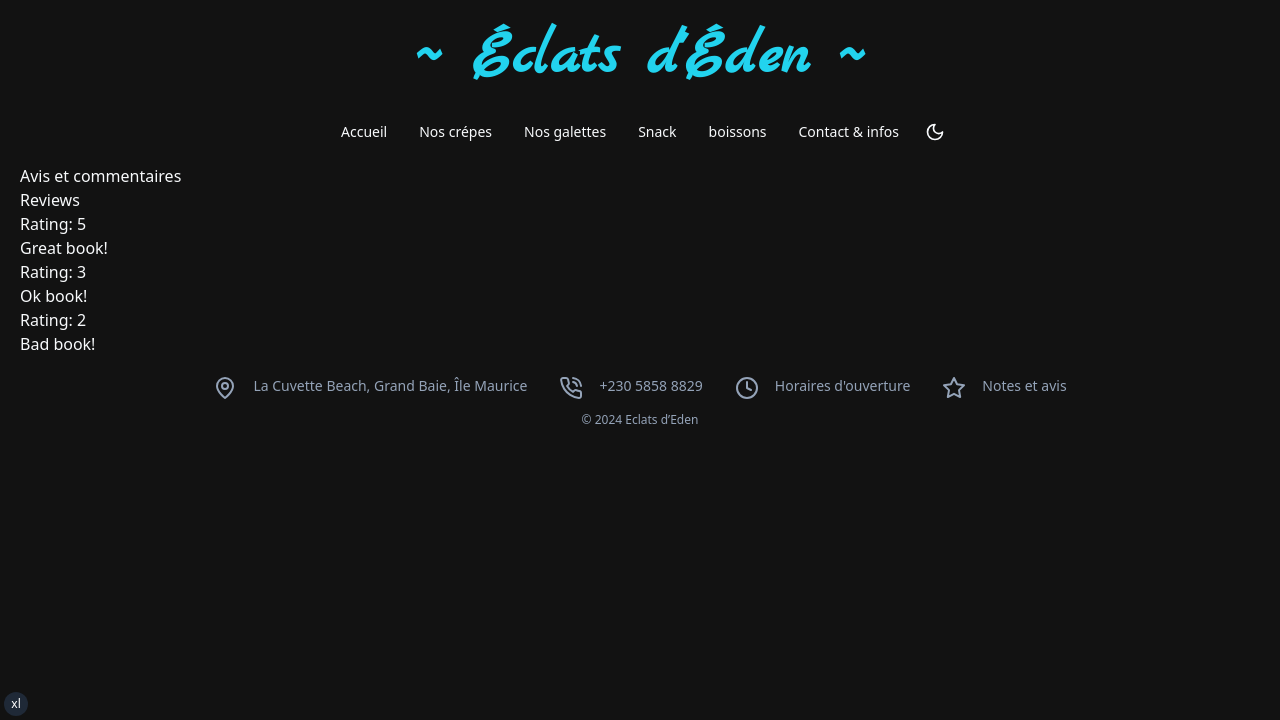
Repository: jeffMauritius/eclats-deden
Page: /reviews
The author's editor kept a copy of each file at every save. The page is drawn from the files as they stood at one save, then again after the next save.
The browser window is 1280 px wide. The pictures show the whole page.
The project was rebuilt for these pictures with package versions that can differ from the ones it lists, and the page was loaded fresh each time. The framework's server and built-in components were replaced by stand-ins that run in the browser. Also part of the build but not shown: next.config.mjs.

Above is the page before, as saved 2024-08-13 12:25:43.

### app/layout.tsx
// app/layout.
import { Header } from "@/components/layout/Header"
import { TailwindIndicator } from "@/components/TailwindIndicator"
import { SiteConfig } from "@/lib/config"
import { cn } from "@/lib/utils"
import type { Metadata } from "next"
import { Inter, Marck_Script } from "next/font/google"
import { PropsWithChildren } from "react"
import { Providers } from "./Providers"
import "./globals.css"
import { Title } from "@/components/layout/Title"
import { Footer } from "@/components/layout/Footer"

const fontSans = Inter({ subsets: ["latin"], variable: "--font-sans" })
const fontDisplay = Marck_Script({
  subsets: ["latin"],
  variable: "--font-display",
  weight: "400",
})

export const metadata: Metadata = {
  title: SiteConfig.title,
  description: SiteConfig.description,
}

export default function RootLayout({ children }: PropsWithChildren) {
  return (
    <html lang="en" className="h-full" suppressHydrationWarning>
      <head />
      <body
        className={cn(
          `flex flex-col h-screen bg-background font-sans antialiased p-5`,
          fontSans.variable,
          fontDisplay.variable,
        )}
      >
        <Providers>
          <div className="relative flex flex-col">
            <Title title="Éclats d'Éden" />
            <div>
              <Header />
            </div>
            {children}
            <div className="mt-5 md:col-span-3">
              <Footer />
            </div>
          </div>
          <TailwindIndicator />
        </Providers>
      </body>
    </html>
  )
}

### app/reviews/page.tsx
import ReviewsList from "@/components/ReviewsList"

const ReviewsPage = () => {
  return (
    <div>
      <h1>Avis et commentaires</h1>
      <ReviewsList />
    </div>
  )
}

export default ReviewsPage

### src/components/layout/Header.tsx
"use client"

import { ThemeToggle } from "../ThemeToggle"
import NavigationMenuComponent from "./NavigationMenu"

export function Header() {
  return (
    <header className=" z-30 w-full">
      <div className=" container flex  flex-col  items-center space-x-4 pt-3 sm:justify-between sm:space-x-0">
        <div className="flex flex-auto justify-center py-3">
          <NavigationMenuComponent />
          <ThemeToggle />
        </div>
      </div>
    </header>
  )
}

### src/lib/config.ts
export const SiteConfig = {
  title: "Camille snack",
  description: "La Cuvette Beach, Grand Baie, Île Maurice",
} as const

### app/Providers.tsx
"use client"

import { SessionProvider } from "next-auth/react"
import { ThemeProvider } from "next-themes"
import { PropsWithChildren } from "react"
import { Toaster } from "react-hot-toast"

export const Providers = ({ children }: PropsWithChildren) => {
  return (
    <>
      <ThemeProvider attribute="class" defaultTheme="dark" enableSystem>
        <Toaster />
        <SessionProvider>{children}</SessionProvider>
      </ThemeProvider>
    </>
  )
}

### app/globals.css
@tailwind base;
  @tailwind components;
  @tailwind utilities;

  @layer base {
    :root {
      --background: 0 0% 100%;
      --foreground: 222.2 84% 4.9%;

      --card: 0 0% 100%;
      --card-foreground: 222.2 84% 4.9%;

      --popover: 0 0% 100%;
      --popover-foreground: 222.2 84% 4.9%;

      --primary: 222.2 47.4% 11.2%;
      --primary-foreground: 210 40% 98%;

      --secondary: 210 40% 96.1%;
      --secondary-foreground: 222.2 47.4% 11.2%;

      --muted: 210 40% 96.1%;
      --muted-foreground: 215.4 16.3% 46.9%;

      --accent: 210 40% 96.1%;
      --accent-foreground: 222.2 47.4% 11.2%;

      --destructive: 0 84.2% 60.2%;
      --destructive-foreground: 210 40% 98%;

      --border: 214.3 31.8% 91.4%;
      --input: 214.3 31.8% 91.4%;
      --ring: 222.2 84% 4.9%;

      --radius: 0.5rem;
    }

    .dark {
      --background: rgb(10, 11, 10);
      --foreground: 210 40% 98%;

      --card: rgb(10, 11, 10);
      --card-foreground: 210 40% 98%;

      --popover: 222.2 84% 4.9%;
      --popover-foreground: 210 40% 98%;

      --primary: 210 40% 98%;
      --primary-foreground: 222.2 47.4% 11.2%;

      --secondary: 217.2 32.6% 17.5%;
      --secondary-foreground: 210 40% 98%;

      --muted: 217.2 32.6% 17.5%;
      --muted-foreground: 215 20.2% 65.1%;

      --accent: 217.2 32.6% 17.5%;
      --accent-foreground: 210 40% 98%;

      --destructive: 0 62.8% 30.6%;
      --destructive-foreground: 210 40% 98%;

      --border: 217.2 32.6% 17.5%;
      --input: 217.2 32.6% 17.5%;
      --ring: 212.7 26.8% 83.9%;
    }
  }

  @layer base {
    * {
      @apply border-border;
    }
    @font-face {
      font-family: 'Marck Script';
      font-style: normal;
      font-weight: 400;
      font-display: swap;
      src: url(/fonts/MarckScript-Regular.ttf) format('ttf');
    }
    body {
      @apply bg-background text-foreground;
    }
  }

### src/components/layout/Title.tsx
interface TitleProps {
  title: string
}

export function Title({ title }: TitleProps) {
  return (
    <div className="flex flex-auto justify-center ">
      <h1
        className={`pt-2 font-display text-4xl font-bold text-cyan-400 md:text-6xl`}
      >
        {" "}
        {`~ ${title} ~`}
      </h1>
    </div>
  )
}

### src/components/layout/Footer.tsx
import Link from "next/link"
import { Typography } from "../ui/typography"
import { MapPin } from "lucide-react"
import { PhoneCall } from "lucide-react"
import { Clock } from "lucide-react"
import { Star } from "lucide-react"

export const Footer = () => {
  return (
    <footer className="w-6/8 z-40 border-card bg-background">
      <div className="m-auto w-full max-w-4xl px-2 ">
        <div className="flex w-full items-center justify-center">
          <div className="flex gap-8 text-sm text-muted-foreground">
            <Link className="flex hover:underline md:gap-4" href="/location">
              <MapPin />
              <p className="hidden md:block">
                La Cuvette Beach, Grand Baie, Île Maurice
              </p>
            </Link>
            <Link className="flex hover:underline md:gap-4" href="/legal/cgv">
              <PhoneCall />
              <p className="hidden md:block">+230 5858 8829</p>
            </Link>
            <Link className="flex hover:underline md:gap-4" href="/schedule">
              <Clock />
              <p className="hidden md:block">{`Horaires d'ouverture`}</p>
            </Link>
            <Link className="flex hover:underline md:gap-4" href="/reviews">
              <Star />
              <p className="hidden md:block">Notes et avis</p>
            </Link>
          </div>
        </div>
        <div className="flex w-full items-center justify-center py-3">
          <Typography variant="base" className="text-xs text-muted-foreground">
            &copy; {new Date().getFullYear()} Eclats d&rsquo;Eden
          </Typography>
        </div>
      </div>
    </footer>
  )
}

### src/components/ReviewsList.tsx
import ReviewItem from "./ReviewItem"
const reviews = [
  { id: 1, rating: 5, content: "Great book!" },
  { id: 2, rating: 3, content: "Ok book!" },
  { id: 3, rating: 2, content: "Bad book!" },
]

const ReviewsList = () => {
  return (
    <div>
      <h1>Reviews</h1>
      {reviews.map(review => (
        <ReviewItem key={review.id} review={review} />
      ))}
    </div>
  )
}
export default ReviewsList

### src/components/ThemeToggle.tsx
"use client"

import { Button } from "@/components/ui/button"
import { Moon, Sun } from "lucide-react"
import { useTheme } from "next-themes"

export function ThemeToggle() {
  const { setTheme, theme } = useTheme()

  return (
    <Button
      variant="ghost"
      size="icon"
      onClick={() => setTheme(theme === "light" ? "dark" : "light")}
    >
      <Sun className="h-6 w-[1.3rem] dark:hidden" />
      <Moon className="hidden size-5 dark:block" />
      <span className="sr-only">Toggle theme</span>
    </Button>
  )
}

### src/components/layout/NavigationMenu.tsx
"use client"

import {
  NavigationMenu,
  NavigationMenuLink,
  navigationMenuTriggerStyle,
} from "@/components/ui/navigation-menu"
import { navigationData } from "./navigationData"
import { useClientMediaQuery } from "@/lib/isMobileDevice"

const NavigationMenuComponent = () => {
  const isMobile = useClientMediaQuery("(max-width: 600px)")
  return (
    <NavigationMenu>
      {!isMobile &&
        navigationData.map((item, index) => (
          <NavigationMenuLink
            className={navigationMenuTriggerStyle()}
            key={index}
            href={item.link}
          >
            {item.title}
          </NavigationMenuLink>
        ))}
    </NavigationMenu>
  )
}

export default NavigationMenuComponent

### src/components/ui/typography.tsx
// src/components/ui/Typography.
import { VariantProps, cva } from "class-variance-authority"
import type {
  ComponentPropsWithoutRef,
  ElementType,
  PropsWithChildren,
} from "react"
import { cn } from "../../lib/utils"

type PolymorphicAsProp<E extends ElementType> = {
  as?:
    | E
    | React.ComponentType<Omit<ComponentPropsWithoutRef<E>, "as">>
    | React.FunctionComponent<Omit<ComponentPropsWithoutRef<E>, "as">>
}

type PolymorphicProps<E extends ElementType> = PropsWithChildren<
  Omit<ComponentPropsWithoutRef<E>, "as"> & PolymorphicAsProp<E>
>

const typographyVariants = cva("", {
  variants: {
    variant: {
      h1: "font-caption scroll-m-20 text-4xl font-extrabold tracking-tight lg:text-5xl",
      h2: "font-caption scroll-m-20 border-b pb-2 text-3xl font-semibold tracking-tight transition-colors first:mt-0",
      h3: "font-caption scroll-m-20 text-xl font-semibold tracking-tight",
      p: "leading-7 [&:not(:first-child)]:mt-6",
      base: "",
      quote: "mt-6 border-l-2 pl-6 italic",
      code: "relative rounded bg-muted px-[0.3rem] py-[0.2rem] font-mono text-sm font-semibold",
      lead: "text-xl text-muted-foreground",
      large: "text-lg font-semibold",
      small: "text-sm font-medium leading-none",
      muted: "text-sm text-muted-foreground",
      link: "font-medium text-indigo-500 hover:underline",
    },
  },
  defaultVariants: {
    variant: "base",
  },
})
type TypographyCvaProps = VariantProps<typeof typographyVariants>

const defaultElement = "p"

const defaultElementMapping: Record<
  NonNullable<TypographyCvaProps["variant"]>,
  ElementType
> = {
  h1: "h1",
  h2: "h2",
  h3: "h3",
  p: "p",
  quote: "blockquote" as "p",
  code: "code",
  lead: "p",
  large: "p",
  small: "p",
  muted: "p",
  link: "a",
  base: "p",
} as const

const getDefaultElement = (variant: TypographyCvaProps["variant"]) => {}

export function Typography<E extends ElementType = typeof defaultElement>({
  as,
  children,
  className,
  variant,
  ...restProps
}: PolymorphicProps<E> & TypographyCvaProps) {
  const Component: ElementType =
    as ?? defaultElementMapping[variant ?? "base"] ?? defaultElement

  return (
    <Component
      {...(restProps as ComponentPropsWithoutRef<E>)}
      className={cn(typographyVariants({ variant }), className)}
    >
      {children}
    </Component>
  )
}

### src/components/ReviewItem.tsx
type Review = {
  rating: number
  content: string
}
const ReviewItem = ({ review }: { review: Review }) => {
  return (
    <div>
      <h3>Rating: {review.rating}</h3>
      <p>{review.content}</p>
    </div>
  )
}

export default ReviewItem

### src/components/ui/button.tsx
import * as React from "react"
import { Slot } from "@radix-ui/react-slot"
import { cva, type VariantProps } from "class-variance-authority"

import { cn } from "@/lib/utils"

const buttonVariants = cva(
  "inline-flex items-center justify-center whitespace-nowrap rounded-md text-sm font-medium ring-offset-background transition-colors focus-visible:outline-none focus-visible:ring-2 focus-visible:ring-ring focus-visible:ring-offset-2 disabled:pointer-events-none disabled:opacity-50",
  {
    variants: {
      variant: {
        default: "bg-primary text-primary-foreground hover:bg-primary/90",
        destructive:
          "bg-destructive text-destructive-foreground hover:bg-destructive/90",
        outline:
          "border border-input bg-background hover:bg-accent hover:text-accent-foreground",
        secondary:
          "bg-secondary text-secondary-foreground hover:bg-secondary/80",
        ghost: "hover:bg-accent hover:text-accent-foreground",
        link: "text-primary underline-offset-4 hover:underline",
      },
      size: {
        default: "h-10 px-4 py-2",
        sm: "h-9 rounded-md px-3",
        lg: "h-11 rounded-md px-8",
        icon: "size-10",
      },
    },
    defaultVariants: {
      variant: "default",
      size: "default",
    },
  },
)

export interface ButtonProps
  extends React.ButtonHTMLAttributes<HTMLButtonElement>,
    VariantProps<typeof buttonVariants> {
  asChild?: boolean
}

const Button = React.forwardRef<HTMLButtonElement, ButtonProps>(
  ({ className, variant, size, asChild = false, ...props }, ref) => {
    const Comp = asChild ? Slot : "button"
    return (
      <Comp
        className={cn(buttonVariants({ variant, size, className }))}
        ref={ref}
        {...props}
      />
    )
  },
)
Button.displayName = "Button"

export { Button, buttonVariants }

### src/components/ui/navigation-menu.tsx
import * as React from "react"
import * as NavigationMenuPrimitive from "@radix-ui/react-navigation-menu"
import { cva } from "class-variance-authority"
import { ChevronDown } from "lucide-react"

import { cn } from "@/lib/utils"

const NavigationMenu = React.forwardRef<
  React.ElementRef<typeof NavigationMenuPrimitive.Root>,
  React.ComponentPropsWithoutRef<typeof NavigationMenuPrimitive.Root>
>(({ className, children, ...props }, ref) => (
  <NavigationMenuPrimitive.Root
    ref={ref}
    className={cn(
      "relative z-10 flex max-w-max flex-1 items-center justify-center",
      className,
    )}
    {...props}
  >
    {children}
    <NavigationMenuViewport />
  </NavigationMenuPrimitive.Root>
))
NavigationMenu.displayName = NavigationMenuPrimitive.Root.displayName

const NavigationMenuList = React.forwardRef<
  React.ElementRef<typeof NavigationMenuPrimitive.List>,
  React.ComponentPropsWithoutRef<typeof NavigationMenuPrimitive.List>
>(({ className, ...props }, ref) => (
  <NavigationMenuPrimitive.List
    ref={ref}
    className={cn(
      "group flex flex-1 list-none items-center justify-center space-x-1",
      className,
    )}
    {...props}
  />
))
NavigationMenuList.displayName = NavigationMenuPrimitive.List.displayName

const NavigationMenuItem = NavigationMenuPrimitive.Item

const navigationMenuTriggerStyle = cva(
  "group inline-flex h-10 w-max items-center justify-center rounded-md bg-background px-4 py-2 text-sm font-medium transition-colors hover:bg-accent hover:text-accent-foreground focus:bg-accent focus:text-accent-foreground focus:outline-none disabled:pointer-events-none disabled:opacity-50 data-[active]:bg-accent/50 data-[state=open]:bg-accent/50",
)

const NavigationMenuTrigger = React.forwardRef<
  React.ElementRef<typeof NavigationMenuPrimitive.Trigger>,
  React.ComponentPropsWithoutRef<typeof NavigationMenuPrimitive.Trigger>
>(({ className, children, ...props }, ref) => (
  <NavigationMenuPrimitive.Trigger
    ref={ref}
    className={cn(navigationMenuTriggerStyle(), "group", className)}
    {...props}
  >
    {children}{" "}
    <ChevronDown
      className="relative top-px ml-1 size-3 transition duration-200 group-data-[state=open]:rotate-180"
      aria-hidden="true"
    />
  </NavigationMenuPrimitive.Trigger>
))
NavigationMenuTrigger.displayName = NavigationMenuPrimitive.Trigger.displayName

const NavigationMenuContent = React.forwardRef<
  React.ElementRef<typeof NavigationMenuPrimitive.Content>,
  React.ComponentPropsWithoutRef<typeof NavigationMenuPrimitive.Content>
>(({ className, ...props }, ref) => (
  <NavigationMenuPrimitive.Content
    ref={ref}
    className={cn(
      "left-0 top-0 w-full data-[motion^=from-]:animate-in data-[motion^=to-]:animate-out data-[motion^=from-]:fade-in data-[motion^=to-]:fade-out data-[motion=from-end]:slide-in-from-right-52 data-[motion=from-start]:slide-in-from-left-52 data-[motion=to-end]:slide-out-to-right-52 data-[motion=to-start]:slide-out-to-left-52 md:absolute md:w-auto ",
      className,
    )}
    {...props}
  />
))
NavigationMenuContent.displayName = NavigationMenuPrimitive.Content.displayName

const NavigationMenuLink = NavigationMenuPrimitive.Link

const NavigationMenuViewport = React.forwardRef<
  React.ElementRef<typeof NavigationMenuPrimitive.Viewport>,
  React.ComponentPropsWithoutRef<typeof NavigationMenuPrimitive.Viewport>
>(({ className, ...props }, ref) => (
  <div className={cn("absolute left-0 top-full flex justify-center")}>
    <NavigationMenuPrimitive.Viewport
      className={cn(
        "origin-top-center relative mt-1.5 h-[var(--radix-navigation-menu-viewport-height)] w-full overflow-hidden rounded-md border bg-popover text-popover-foreground shadow-lg data-[state=open]:animate-in data-[state=closed]:animate-out data-[state=closed]:zoom-out-95 data-[state=open]:zoom-in-90 md:w-[var(--radix-navigation-menu-viewport-width)]",
        className,
      )}
      ref={ref}
      {...props}
    />
  </div>
))
NavigationMenuViewport.displayName =
  NavigationMenuPrimitive.Viewport.displayName

const NavigationMenuIndicator = React.forwardRef<
  React.ElementRef<typeof NavigationMenuPrimitive.Indicator>,
  React.ComponentPropsWithoutRef<typeof NavigationMenuPrimitive.Indicator>
>(({ className, ...props }, ref) => (
  <NavigationMenuPrimitive.Indicator
    ref={ref}
    className={cn(
      "top-full z-[1] flex h-1.5 items-end justify-center overflow-hidden data-[state=visible]:animate-in data-[state=hidden]:animate-out data-[state=hidden]:fade-out data-[state=visible]:fade-in",
      className,
    )}
    {...props}
  >
    <div className="relative top-[60%] size-2 rotate-45 rounded-tl-sm bg-border shadow-md" />
  </NavigationMenuPrimitive.Indicator>
))
NavigationMenuIndicator.displayName =
  NavigationMenuPrimitive.Indicator.displayName

export {
  navigationMenuTriggerStyle,
  NavigationMenu,
  NavigationMenuList,
  NavigationMenuItem,
  NavigationMenuContent,
  NavigationMenuTrigger,
  NavigationMenuLink,
  NavigationMenuIndicator,
  NavigationMenuViewport,
}

### src/components/layout/navigationData.ts
export const navigationData = [
    {
        title: "Accueil",
        link: "/",
    },
    {
        title: "Nos crépes",
        link: "/crepes",
    },
    {
        title: "Nos galettes",
        link: "/galettes",
    },
    {
        title: "Snack",
        link: "/snack",
    },
    {
        title: "boissons",
        link: "/boissons",
    },
    {
        title: "Contact & infos",
        link: "/location",
    },

]

export const navigationDataMobile = [
    {
        title: "Accueil",
        link: "/",
    },
    {
        title: "Horaires d'ouverture",
        link: "/schedule",
    },
    {
        title: "Contact & infos",
        link: "/location",
    },

]

### src/lib/isMobileDevice.ts
'use client'

import { useEffect, useState } from 'react'

export function useClientMediaQuery(query: string) {
  const [matches, setMatches] = useState(false)

  useEffect(() => {
    const mediaQueryList = window.matchMedia(query)

    const handleMatchChange = (e: MediaQueryListEvent) => {
      setMatches(e.matches)
    }

    mediaQueryList.addEventListener('change', handleMatchChange)
    setMatches(mediaQueryList.matches)

    return () => {
      mediaQueryList.removeEventListener('change', handleMatchChange)
    }
  }, [query])

  return matches
}

### tailwind.config.ts
import type { Config } from "tailwindcss"

const config = {
  darkMode: ["class"],
  content: [
    "./pages/**/*.{ts,tsx}",
    "./components/**/*.{ts,tsx}",
    "./app/**/*.{ts,tsx}",
    "./src/**/*.{ts,tsx}",
  ],
  prefix: "",
  theme: {
    container: {
      center: true,
      padding: "2rem",
      screens: {
        "2xl": "1400px",
      },
    },
    fontFamily: {
      'display': ['"Marck Script"', 'cursive'],
      'body': ['"Open Sans"', 'sans-serif'],
    },
    extend: {
      colors: {
        border: "hsl(var(--border))",
        input: "hsl(var(--input))",
        ring: "hsl(var(--ring))",
        background: "hsl(var(--background))",
        foreground: "hsl(var(--foreground))",
        primary: {
          DEFAULT: "hsl(var(--primary))",
          foreground: "hsl(var(--primary-foreground))",
        },
        secondary: {
          DEFAULT: "hsl(var(--secondary))",
          foreground: "hsl(var(--secondary-foreground))",
        },
        destructive: {
          DEFAULT: "hsl(var(--destructive))",
          foreground: "hsl(var(--destructive-foreground))",
        },
        muted: {
          DEFAULT: "hsl(var(--muted))",
          foreground: "hsl(var(--muted-foreground))",
        },
        accent: {
          DEFAULT: "hsl(var(--accent))",
          foreground: "hsl(var(--accent-foreground))",
        },
        popover: {
          DEFAULT: "hsl(var(--popover))",
          foreground: "hsl(var(--popover-foreground))",
        },
        card: {
          DEFAULT: "hsl(var(--card))",
          foreground: "hsl(var(--card-foreground))",
        },
      },
      borderRadius: {
        lg: "var(--radius)",
        md: "calc(var(--radius) - 2px)",
        sm: "calc(var(--radius) - 4px)",
      },
      keyframes: {
        "accordion-down": {
          from: { height: "0" },
          to: { height: "var(--radix-accordion-content-height)" },
        },
        "accordion-up": {
          from: { height: "var(--radix-accordion-content-height)" },
          to: { height: "0" },
        },
      },
      animation: {
        "accordion-down": "accordion-down 0.2s ease-out",
        "accordion-up": "accordion-up 0.2s ease-out",
      },
    },
  },
  plugins: [require("tailwindcss-animate")],
} satisfies Config

export default config

Loaded but not shown: src/components/TailwindIndicator.tsx (common file); src/lib/utils.ts (common file)

After the next save:
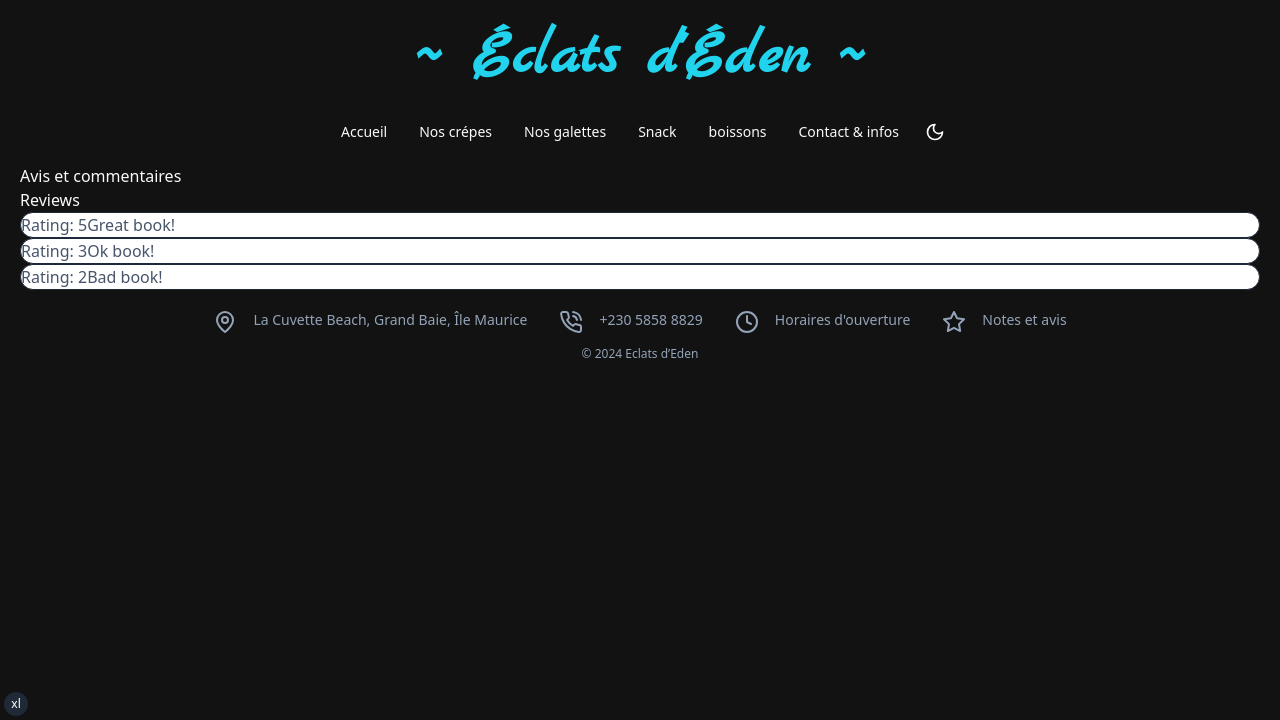
Saved 7 min 25 s later.
--- a/src/components/ReviewItem.tsx
+++ b/src/components/ReviewItem.tsx
@@ -4,7 +4,7 @@ type Review = {
 }
 const ReviewItem = ({ review }: { review: Review }) => {
   return (
-    <div>
+    <div className="flex rounded-2xl border bg-white text-slate-600">
       <h3>Rating: {review.rating}</h3>
       <p>{review.content}</p>
     </div>
